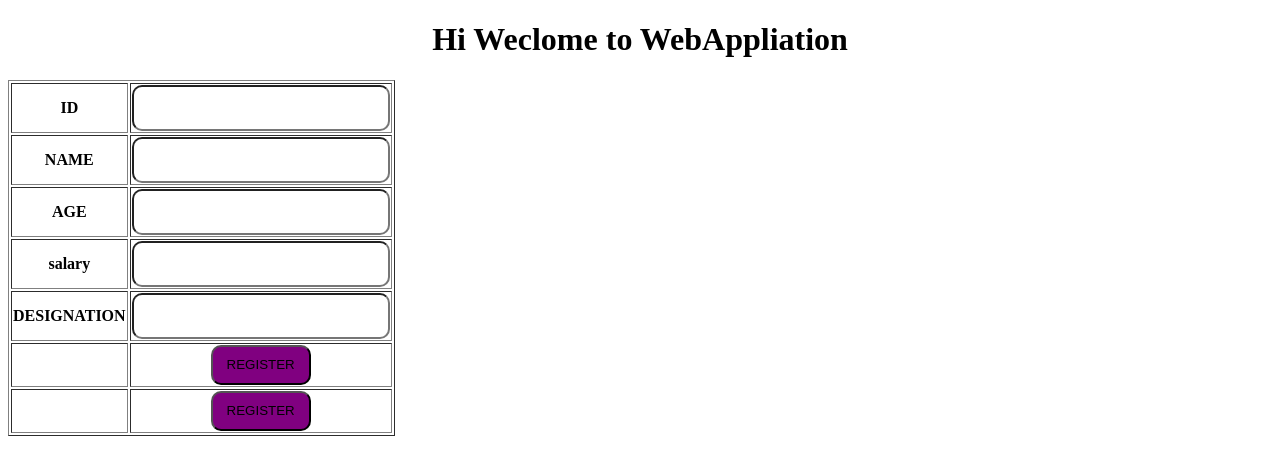
Repository: Surajkande2001/IGTSolution
Page: WebJSP3/src/main/webapp/Entry.html
These files come from the project's save history. The page is drawn as it stood at one moment and after the next save; the edit follows.
The browser window is 1280 px wide. The pictures show the whole page.

Above is the page before, as saved 2023-06-30 10:49:39.

After the next save:
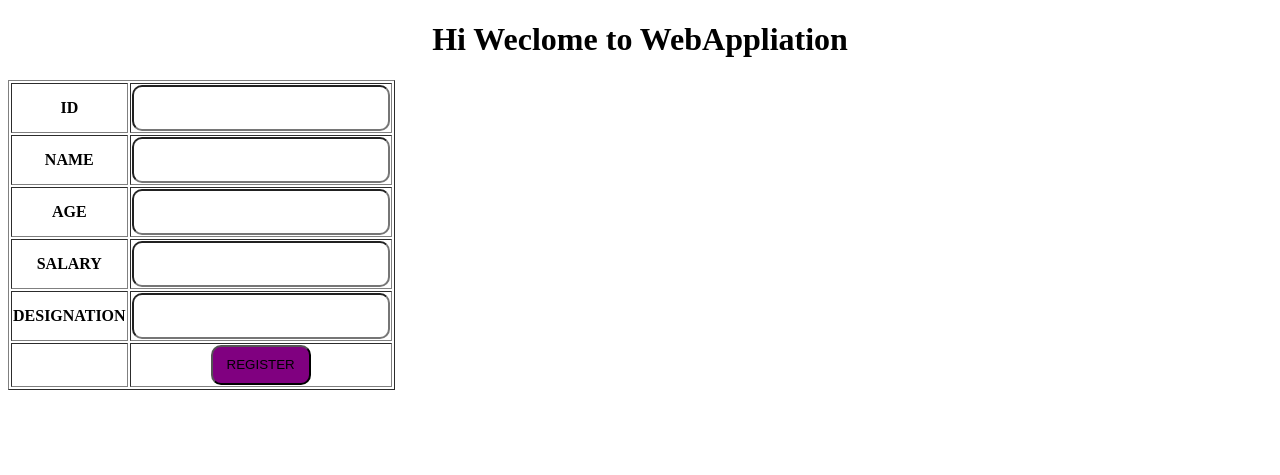
Saved 68 s later.
--- a/WebJSP3/src/main/webapp/Entry.html
+++ b/WebJSP3/src/main/webapp/Entry.html
@@ -31,7 +31,7 @@
 </tr>
 
 <tr>
-<th>salary</th>
+<th>SALARY</th>
 <th><input type="text" name="usalary" style="width: 250px;height: 40px;border-radius: 10px"></th>
 </tr>
 
@@ -44,10 +44,7 @@
 <th></th>
 <th><input type="submit" value="REGISTER" style="width: 100px;height: 40px;border-radius: 10px;background-color: purple;"></th>
 </tr>
-<tr>
-<th></th>
-<th><input type="submit" value="REGISTER" style="width: 100px;height: 40px;border-radius: 10px;background-color: purple;"></th>
-</tr>
+
 </table>
 
 </form>
